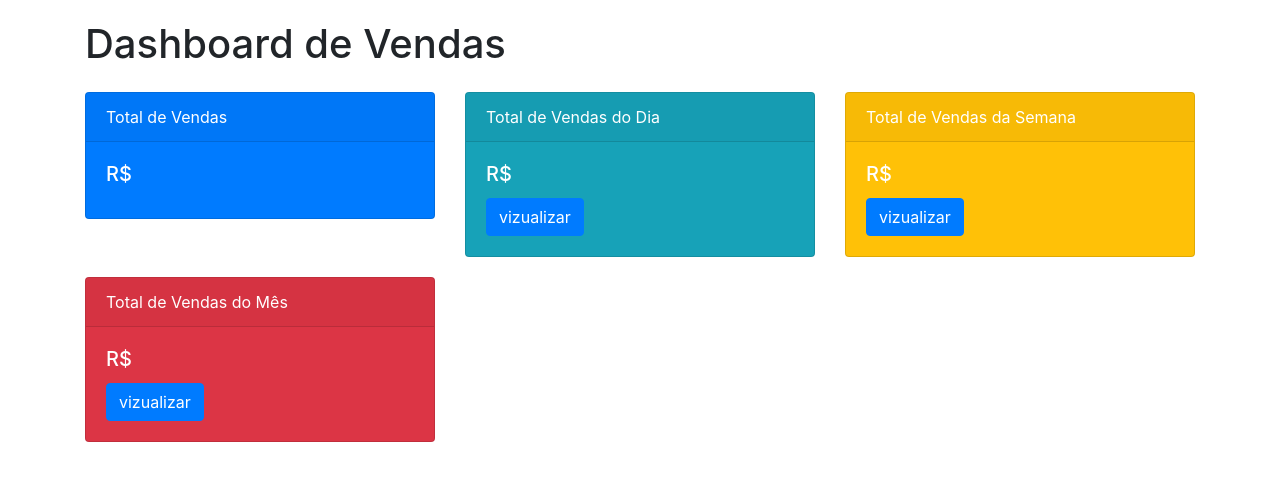
Repository: joaobatistafrontend/vendas_produto
Page: templates/dashboard.html
An editor plug-in stored every save of this project. The page is shown before and after the next save, followed by the edit.
The browser window is 1280 px wide. The pictures show the whole page.
The template is drawn by Django 5.2. The application's start-up code is not run. The template is opened directly, without the code that normally fills it, so the values that code supplies are empty.

Above is the page before, as saved 2024-08-04 16:03:44.

After the next save:
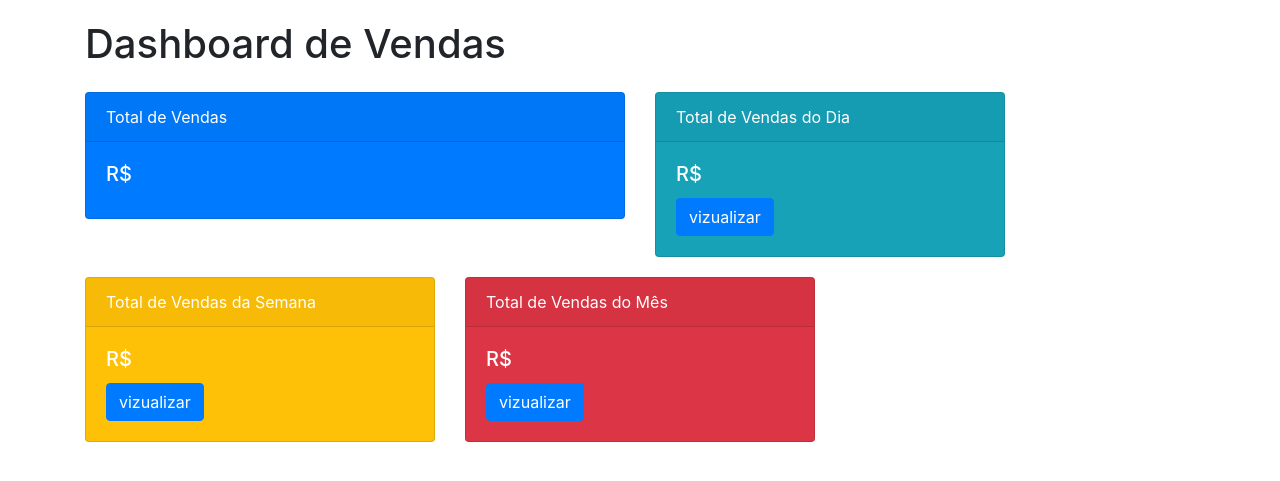
Saved 15 s later.
--- a/templates/dashboard.html
+++ b/templates/dashboard.html
@@ -19,7 +19,7 @@
         <h1 class="mb-4">Dashboard de Vendas</h1>
 
         <div class="row">
-            <div class="col-md-4">
+            <div class="col-md-6">
                 <div class="card text-white bg-primary">
                     <div class="card-header">Total de Vendas</div>
                     <div class="card-body">

After the save that followed:
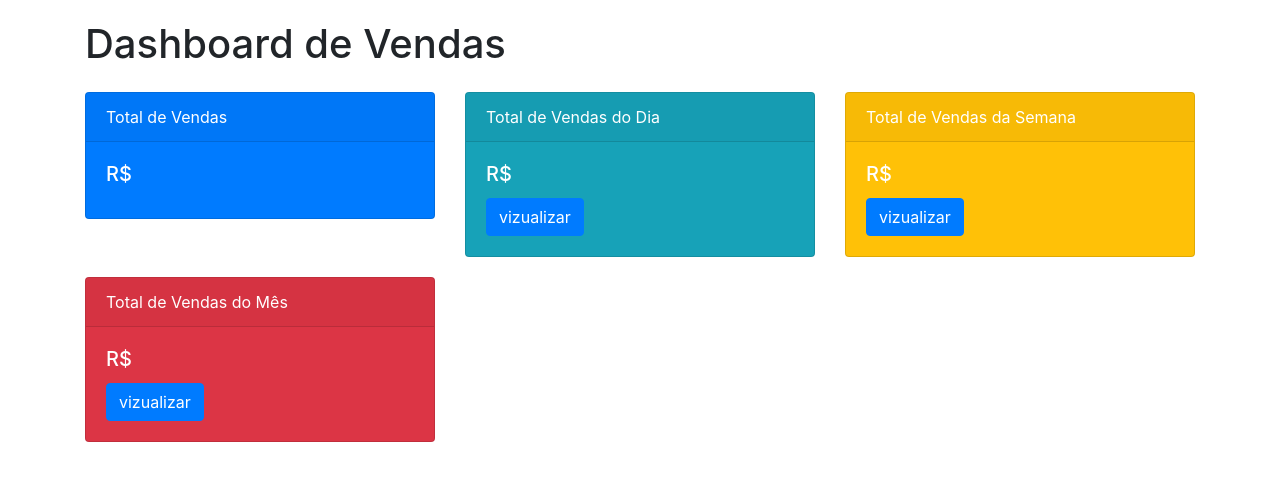
Saved 4 s later.
--- a/templates/dashboard.html
+++ b/templates/dashboard.html
@@ -19,7 +19,7 @@
         <h1 class="mb-4">Dashboard de Vendas</h1>
 
         <div class="row">
-            <div class="col-md-6">
+            <div class="col-md-4">
                 <div class="card text-white bg-primary">
                     <div class="card-header">Total de Vendas</div>
                     <div class="card-body">
